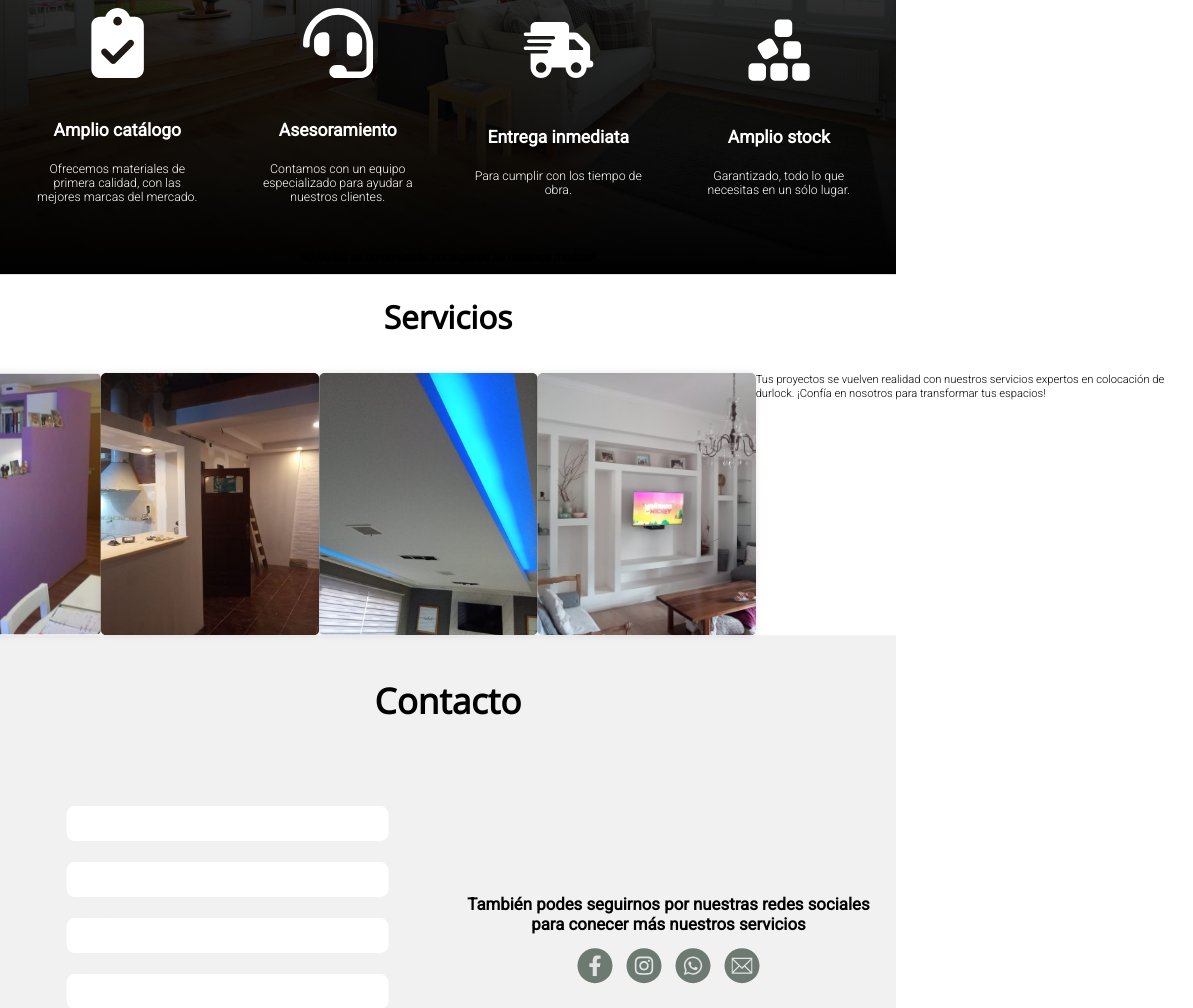
Repository: DamianBermudez94/Perfil-Plac
Page: /
These files come from the project's save history. The page is drawn as it stood at one moment and after the next save; the edit follows.
The browser window is 1280 px wide. The page is 1704 px wide, so the pictures cover 1704 px, including what lies to the right of the window. The pictures show the part of the page from y = 2901 to 4341 px (the page is 4751 px tall), at 70% of full size.
Backgrounds fixed to the window are drawn as part of the page. The project was rebuilt for these pictures with package versions that can differ from the ones it lists, and the page was loaded fresh each time. Also part of the build but not shown: vite.config.js, src/index.css.

Above is the page before, as saved 2024-02-20 17:58:25.

After the next save:
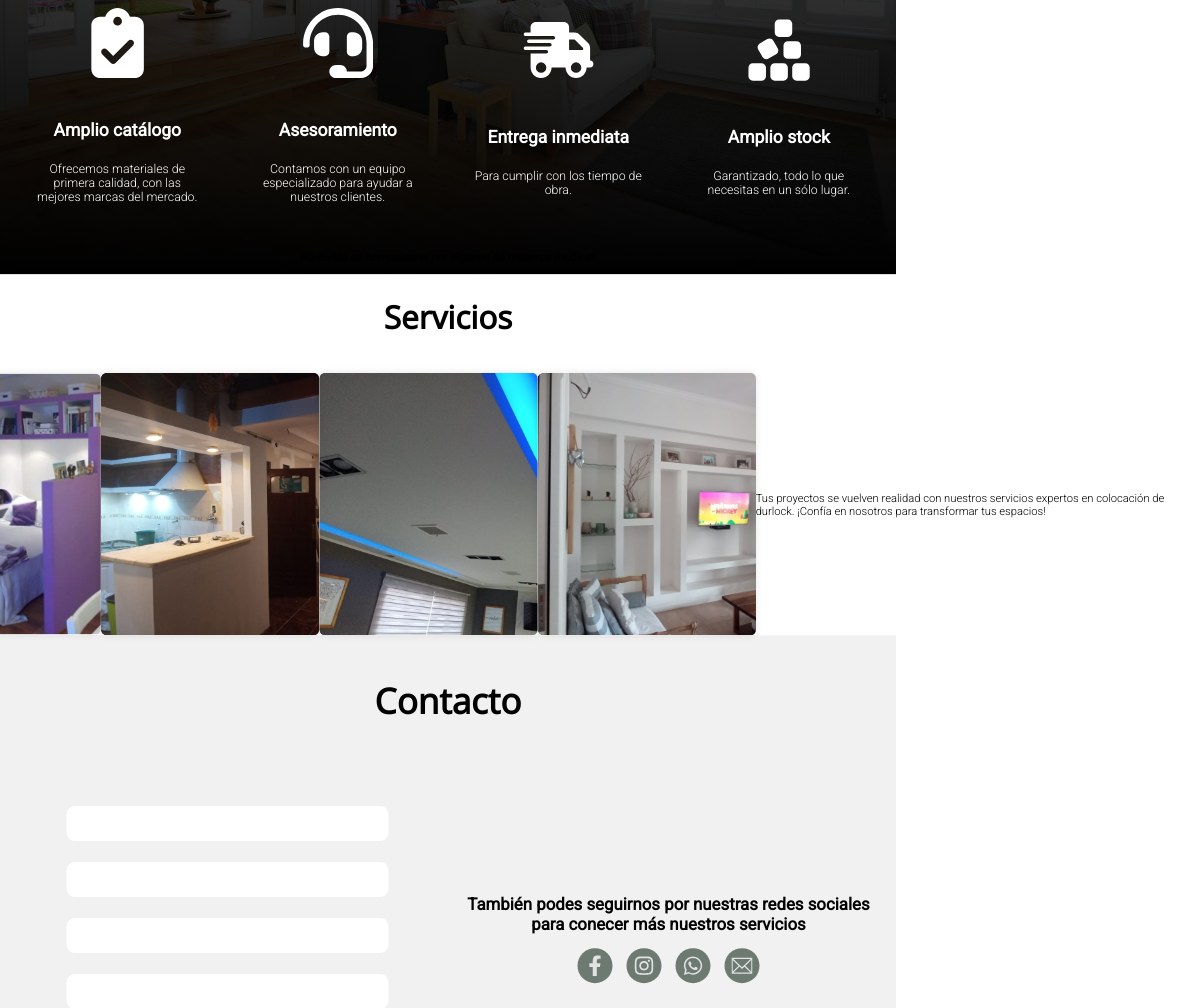
Saved 11 s later.
--- a/src/components/Servicios/styles.css
+++ b/src/components/Servicios/styles.css
@@ -9,11 +9,12 @@
 }
 .content-colocacion{
   display: flex;
+  justify-content: center;
+  align-items: center;
+
 }
 .container-img {
-  display: flex;
-  justify-content: center;
-  align-items: center;
+
   overflow: hidden;
   border-radius: 8px;
   box-shadow: 0 0 10px rgba(0, 0, 0, 0.1);
